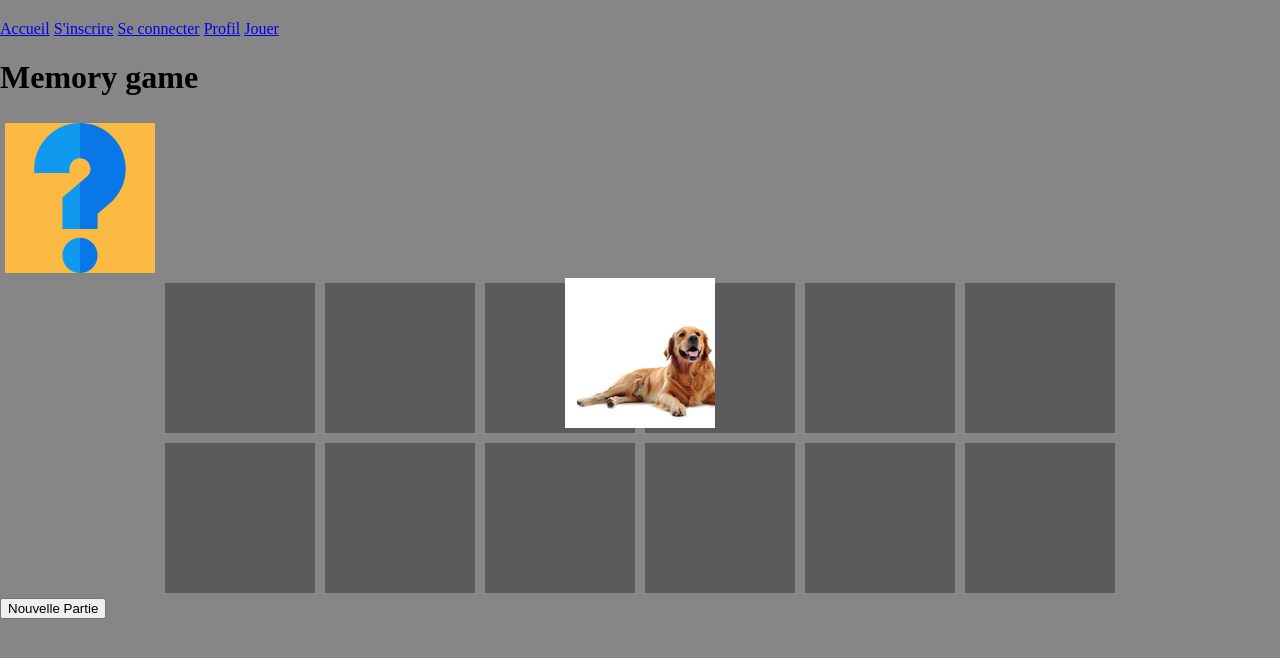
Repository: Ludmilla06/memory-game
Page: game.html
These files come from the project's save history. The page is drawn as it stood at one moment and after the next save; the edit follows.
The browser window is 1280 px wide. The pictures show the whole page.

Above is the page before, as saved 2025-10-22 14:51:46.

After the next save:
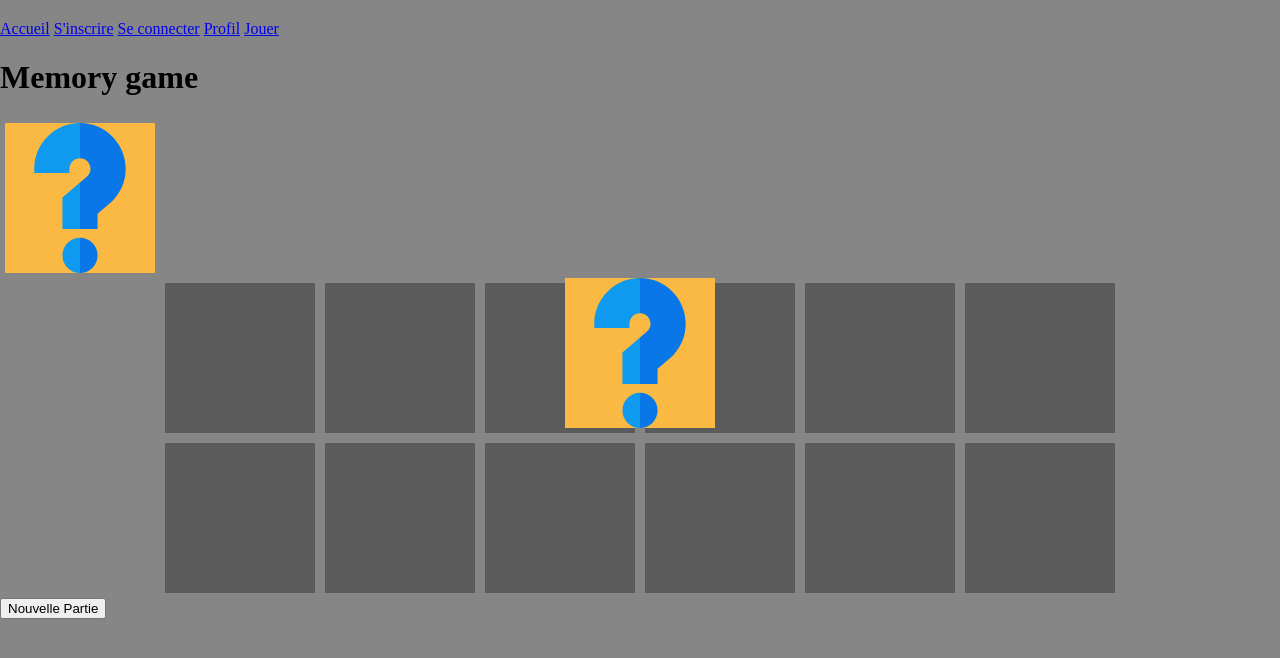
Saved 5 min 6 s later.
--- a/css/game.css
+++ b/css/game.css
@@ -44,9 +44,18 @@ body {
   background: #fab942 url("../assets/question.svg") no-repeat center center / contain;
 }
 
+.back {
+  transform: rotateY(180deg);
+  background-color: white;
+  background-size: contain;
+  background-repeat: no-repeat;
+  background-position: center center;
+}
+
 .selected {
   border: 5px solid blue;
   box-shadow: 0 0 10px blue;
+  transform: rotateY('180deg');
 }
 
 .match {
@@ -54,3 +63,7 @@ body {
   box-shadow: 0 0 10px green;
   background-image: none !important; /*!important est nécessaire pour que les cartes qui correspondent perdent bien leur image de fond */
 }
+
+.match .front {
+  background: white !important;
+}
